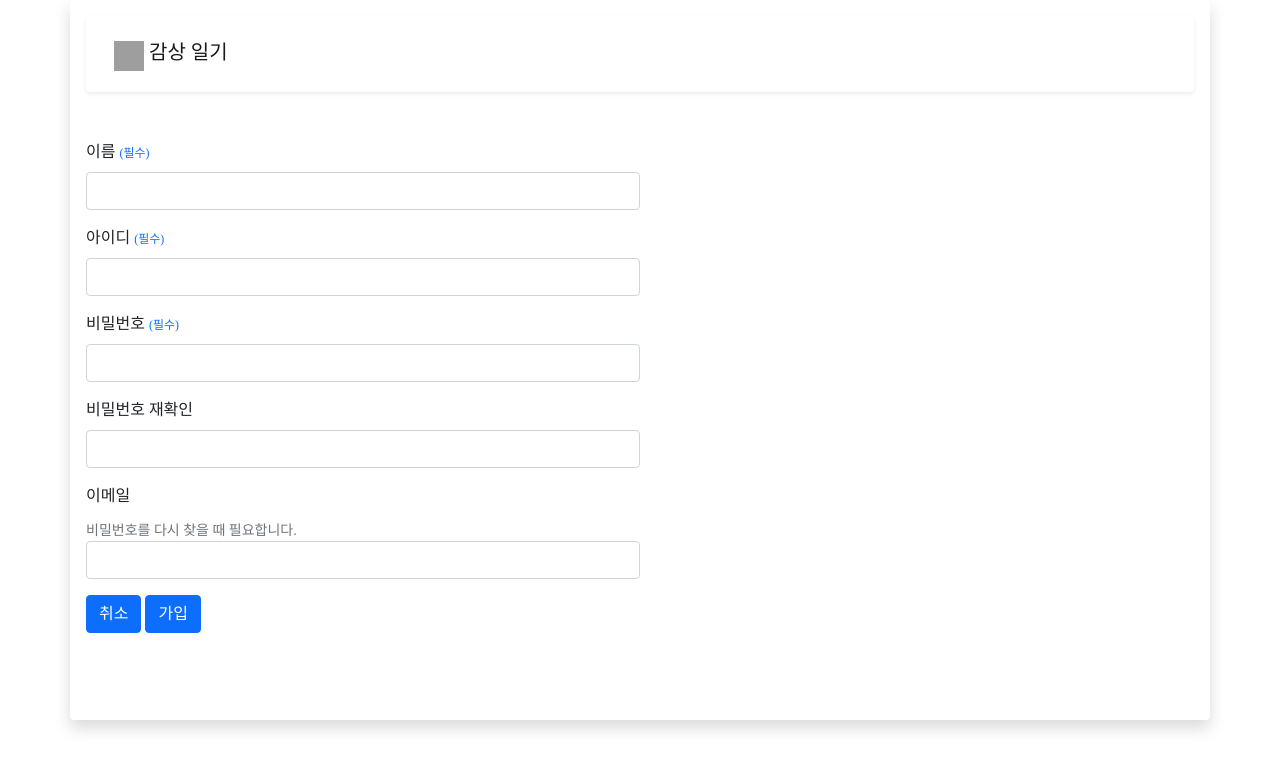
Repository: EunSung98/readMemo
Page: http://localhost/cultureMemoProject/firstStep/signUp.jsp
These files come from the project's save history. The page is drawn as it stood at one moment and after the next save; the edit follows.
The browser window is 1280 px wide. The pictures show the whole page.
Pictures or frames that could not be fetched are drawn as grey boxes. Some web fonts or font styles are not loaded; a fallback is used. The page is served by Tomcat 9.

Above is the page before, as saved 2023-06-07 13:48:29.

After the next save:
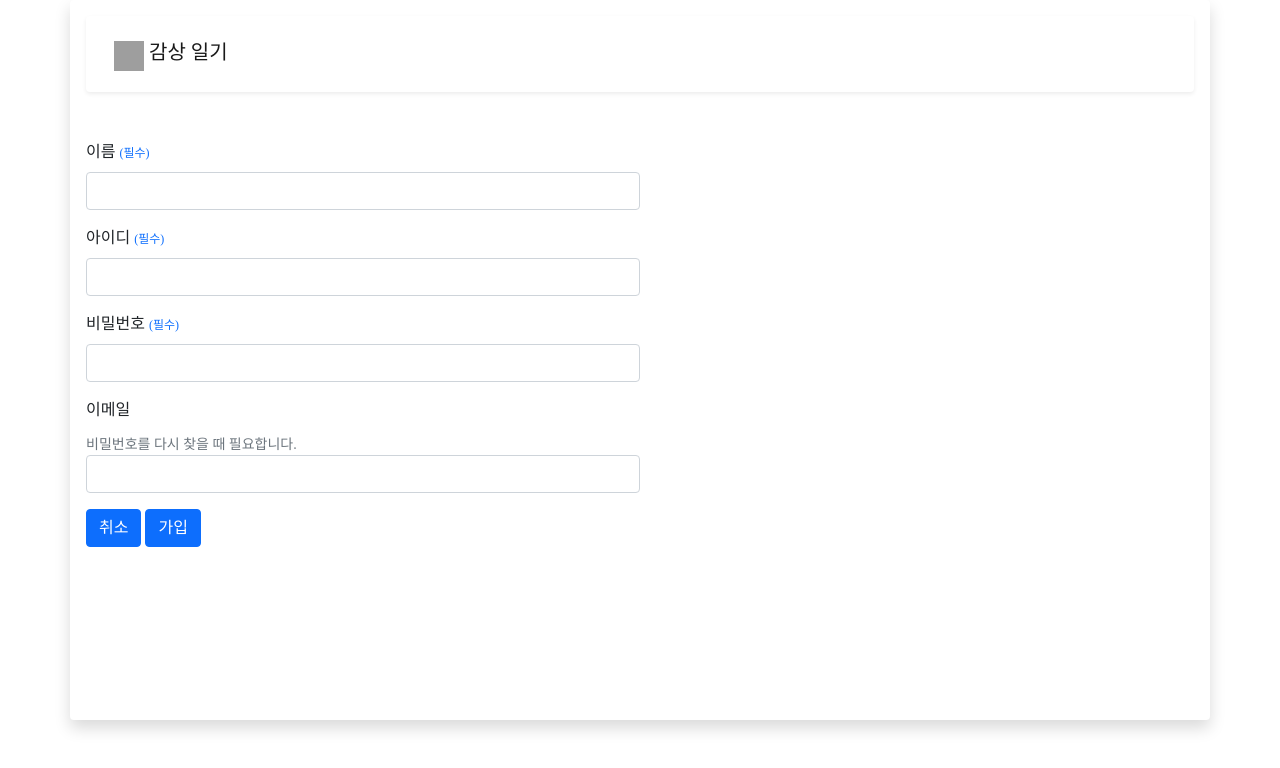
Saved 2 min 17 s later.
--- a/cultureMemoProject/src/main/webapp/firstStep/signUp.jsp
+++ b/cultureMemoProject/src/main/webapp/firstStep/signUp.jsp
@@ -29,10 +29,6 @@
 		  <input type="password" class="w-50 form-control" name="pw">
 		</div>
 		<div class="col-12">
-		  <label for="inputCity" class="form-label">비밀번호 재확인</label>
-		  <input type="password" class="w-50 form-control" id="checkPw">
-		</div>
-		<div class="col-12">
 		  <label for="inputCity" class="form-label">이메일</label>
 		  <div id="emailHelp" class="form-text">비밀번호를 다시 찾을 때 필요합니다.</div>
 		  <input type="email" class="w-50 form-control" name="email">
